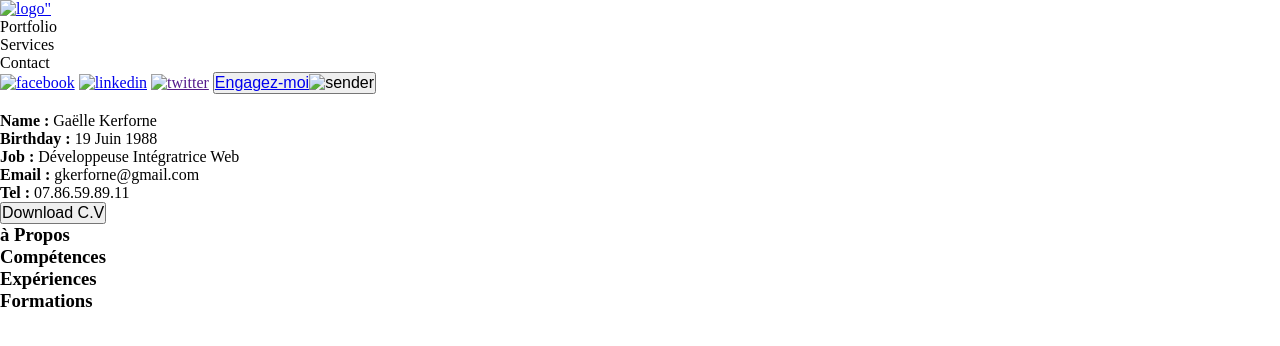
Repository: helfina/my_SiteWeb_gaelle-kfe
Page: index.html
An editor plug-in stored every save of this project. The page is shown before and after the next save, followed by the edit.
The browser window is 1280 px wide. The pictures show the whole page.

Above is the page before, as saved 2020-11-08 13:51:01.

### index.html
<!DOCTYPE html>
<html lang="en">
<head>
    <meta charset="UTF-8">
    <meta name="viewport" content="width=device-width, initial-scale=1.0">
       <title>Gaëlle Kerforne étudiante Freelancer</title>

       <link rel="stylesheet" href="assets/css/style.css" type="text/css">

</head>
<body>
    <!-- ----------------------------------------------------------
                                HEADER
    ---------------------------------------------------------- -->
    <header>
        <nav>
            <a href="index.html"><img src="" alt=logo"></a>
            <ul>
                <li><a href=""></a>Portfolio</li>
                <li><a href=""></a>Services</li>
                <li><a href=""></a>Contact</li>
            </ul>
            <a href="https://www.facebook.com/kerforne.gaelle.9"><img src="" alt="facebook"></a>
            <a href="https://www.linkedin.com/in/ga%C3%ABlle-kerforne/"><img src="" alt="linkedin"></a>
            <a href=""><img src="" alt="twitter"></a>

            <button><a href="mailto:gkerforne@gmail.com">Engagez-moi</a><img src="" alt="sender"></button>

        </nav>
    </header>
    <main>
        <section>
            <h1></h1>
            <h2></h2>
            <img src="" alt="">
            <ul>
                <li><strong>Name : </strong> Gaëlle Kerforne</li>
                <li><strong>Birthday : </strong> 19 Juin 1988</li>
                <li><strong> Job : </strong> Développeuse Intégratrice Web</li>
                <li><a href="mailto:gkerforne@gmail.com"></a><strong>Email : </strong> gkerforne@gmail.com</li>
                <li><a href="tel:0786598911"></a><strong>Tel : </strong>07.86.59.89.11</li>
            </ul>
            <button><a href="" download=""></a>Download C.V</button>
        </section>
        <section>

            <div>
                <article>
                    <h3>à Propos</h3>
                </article>
            </div>

            <div>
            <article>
                <h3>Compétences</h3>
            </article>
        </div>
            <div>

                <article>
                    <h3>Expériences</h3>
                </article>
            </div>
            <div>
                <article>
                    <h3>Formations</h3>
                </article>
            </div>
        </section>
    </main>
</body>
</html>

### assets/css/style.css
/*
                    RESET CSS
*/
* {
  margin: 0;
  padding: 0;
  outline: 0;
  box-sizing: border-box;
}

body {
 background: white;
 color: black;
 -webkit-font-smoothing: antialiased;
}

body, input, button {
 font-size: medium;
 font-family: ;
}

button {
 cursor: pointer;
}
/*
                   Index
*/

After the next save:
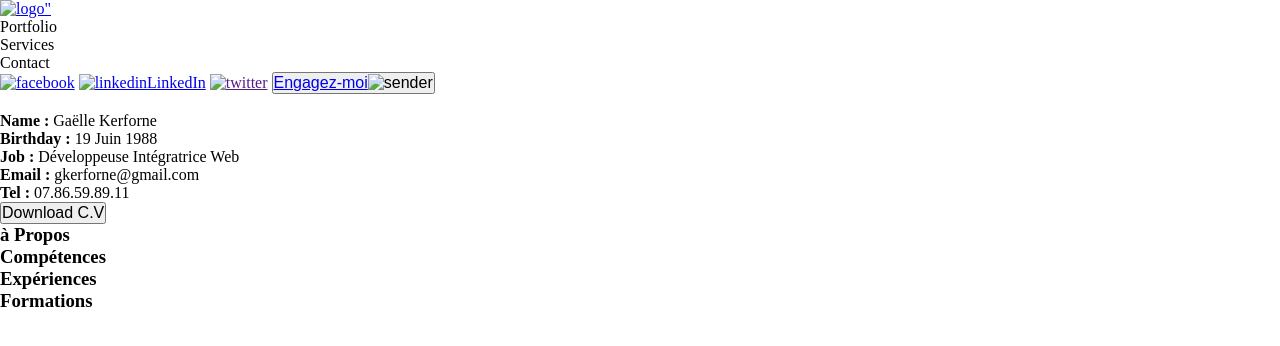
Saved 5 min 27 s later.
--- a/index.html
+++ b/index.html
@@ -21,7 +21,7 @@
                 <li><a href=""></a>Contact</li>
             </ul>
             <a href="https://www.facebook.com/kerforne.gaelle.9"><img src="" alt="facebook"></a>
-            <a href="https://www.linkedin.com/in/ga%C3%ABlle-kerforne/"><img src="" alt="linkedin"></a>
+            <a href="https://www.linkedin.com/in/ga%C3%ABlle-kerforne/"><img src="" alt="linkedin">LinkedIn</a>
             <a href=""><img src="" alt="twitter"></a>
 
             <button><a href="mailto:gkerforne@gmail.com">Engagez-moi</a><img src="" alt="sender"></button>
